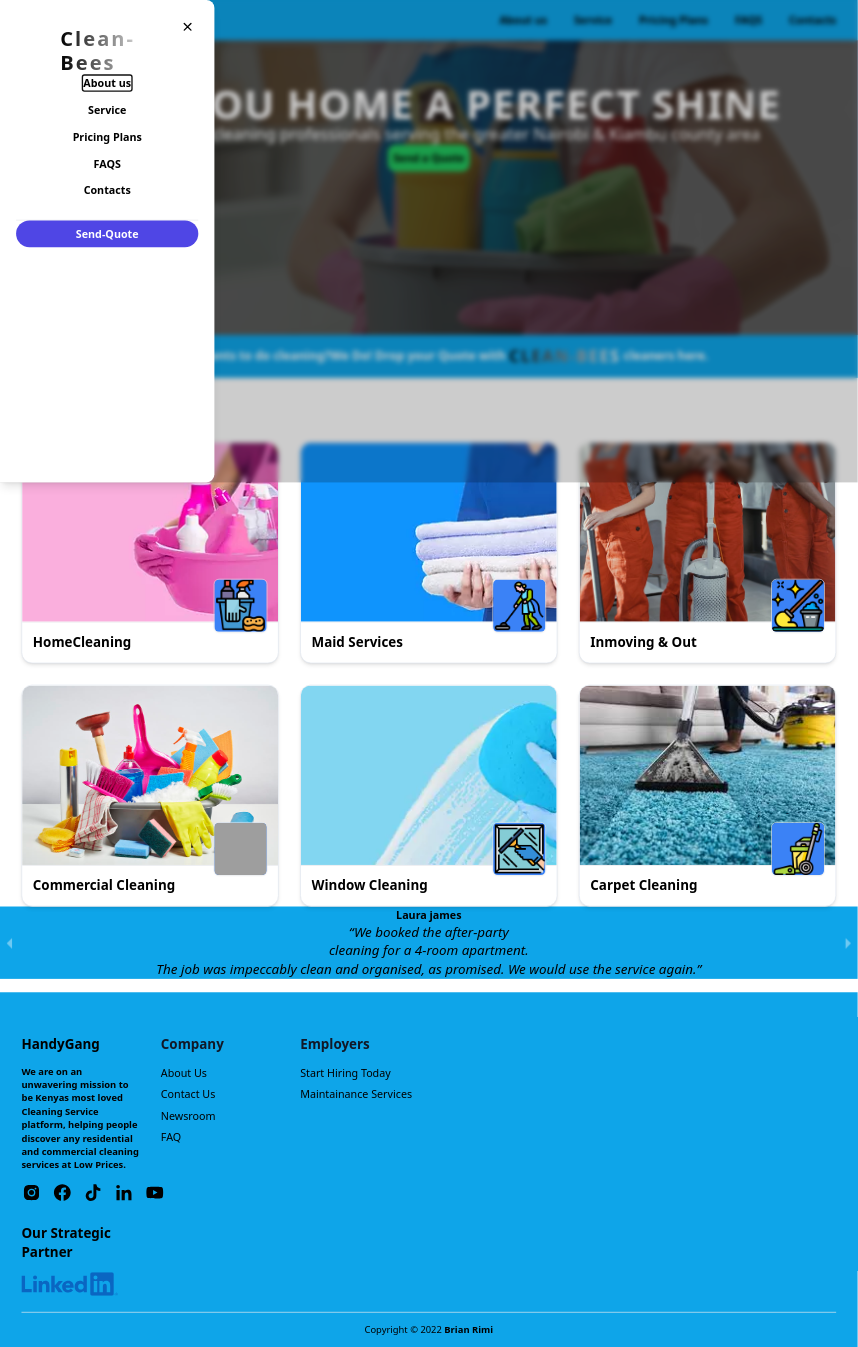
Repository: remydev47/cleanbees
Page: /
An editor plug-in stored every save of this project. The page is shown before and after the next save, followed by the edit.
The browser window is 1280 px wide. The pictures show the whole page, at 67% of full size.
Pictures or frames that could not be fetched are drawn as grey boxes. The project was rebuilt for these pictures with package versions that can differ from the ones it lists, and the page was loaded fresh each time. The framework's server and built-in components were replaced by stand-ins that run in the browser. Also part of the build but not shown: next.config.js.

Above is the page before, as saved 2022-09-19 12:40:13.

### pages/_app.tsx
import '../styles/globals.css'
import type { AppProps } from 'next/app'
import { Header } from '../components/Header'


function MyApp({ Component, pageProps }: AppProps) {
  return (
    <>
      <Header />
      <Component {...pageProps} />
    </>

    )
}

export default MyApp

### pages/index.tsx
import type { NextPage } from 'next'
import Head from 'next/head'
import Image from 'next/image'
import { Footer } from '../components/Footer';
import Hero from '../components/Hero'
import Services from '../components/Services';
import { Testmonial } from '../components/Testmonial';

const Home: NextPage = () => {
  return (
    <div className="">
      <Head>
        <title>CleanBees</title>
        <link rel="icon" href="/favicon.ico" />
      </Head>
      <Hero />
     <main className='mx-auto max-w-screen-xl px-6 sm:px-8'>
      <div className='mt-16 space-y-20'>
        <Services />

      </div>
     </main>
     <Testmonial />
    <Footer />
    </div>
  )
}

export default Home

### components/Header.tsx
import { navLinks } from "../constants"
import { MenuPopOver } from "./MenuPopover"
import Logo from "./Logo"
import Image from "next/image"
import { title } from "process"

export const Header = () => {
    return(
        <>
          <header className={styles.container}>
           <div className='flex grow-0 basis-1/3 md:hidden'>
             <MenuPopOver />
          </div>
          <div className='flex grow-0 basis-1/3 justify-center md:justify-start'>
            <Logo />
           </div>
           <ul className="list-none sm:flex hidden justify-end items-center flex-1">
            {navLinks.map((nav, index) => (
                <li
                key={nav.id}
                className={`font-poppins font-extrabold cursor-pointer text-[16px]
                  ${index === navLinks.length - 1 ? 'mr-0' : 'mr-10'}
                 text-black `}
                >
                    <a>{nav.title}</a>
                </li>
            ))}
           </ul>

          </header>
        </>
    )
}

const styles ={
    container:`sticky bg-[#0ea5e9] inset-x-0 top-0 z-20 flex items-center justify-between py-2 px-2 shadow-lg dark:bg-slate-900 sm:py-3 sm:px-8`
}

### components/Footer.tsx
import React from 'react'
import Link from 'next/link';

const footerNav = {
    Company: [
      {
        title: "About Us",
        href: "/#",
      },
      { title: "Contact Us", href: "/#" },
      { title: "Newsroom", href: "/#" },
      { title: "FAQ", href: "/#" },
    ],
    Employers: [
      {
        title: "Start Hiring Today",
        href: "/#",
      },
      { title: "Maintainance Services", href: "/#" },
    ],
  };

  const SocialLinks = [
    {
      title: "Instagram",
      link: "https://instagram.com/",
      Icon: <InstagramIcon height={30} width={30} />,
    },
    {
      title: "Facebook",
      link: "https://facebook.com/",
      Icon: <FacebookIcon height={30} width={30} />,
    },
    {
      title: "Tiktok",
      link: "https://tiktok.com/",
      Icon: <TiktokIcon height={30} width={30} />,
    },
    {
      title: "LinkedIn",
      link: "https://linkedin.com/",
      Icon: <LinkedInIcon height={30} width={30} />,
    },
    {
      title: "Youtube",
      link: "https://youtube.com/",
      Icon: <YoutubeIcon height={30} width={30} />,
    },
  ];


  export const Footer = () => {
    return (
      <footer className="mt-5 bg-[#0ea5e9] dark:bg-slate-900">
        <div className="mx-auto max-w-screen-xl px-6 pt-16 sm:px-8">
          <div className="grid grid-cols-1 gap-y-6 gap-x-6 md:!grid-cols-6 md:gap-8 xs:grid-cols-2">
            <div className="mb-4  flex flex-col xs:col-span-2">
              <span className="text-xl font-bold capitalize">HandyGang</span>
              <p className="mt-4 max-w-screen-xs text-sm font-semibold">
                We are on an unwavering mission to be Kenyas most loved Cleaning Service
                platform, helping people discover any residential and commercial cleaning services at Low Prices.
              </p>
              <ul
                id="social-media-links"
                className="mt-4 flex items-center space-x-4"
              >
                {SocialLinks.map((item) => (
                  <li key={item.title}>
                    <a
                      href={item.link}
                      aria-label={`${item.title} profile`}
                      className="transition-all duration-150 hover:fill-indigo-800 dark:fill-white dark:hover:fill-indigo-800"
                    >
                      {item.Icon}
                    </a>
                  </li>
                ))}
              </ul>

              <span className="mt-8 text-xl font-bold capitalize">
                our strategic partner
              </span>

              <a
                href="https://www.linkedin.com/"
                rel="noreferrer"
                target="_blank"
                className="mt-4 max-w-min"
              >
                <LinkedInFullIcon height={35} />
              </a>
            </div>

            {Object.entries(footerNav).map(([title, items]) => {
              return (
                <div key={title}>
                  <h2 className="text-xl font-semibold text-gray-900 dark:text-gray-100">
                    {title}
                  </h2>
                  <ul className="mt-4 space-y-2">
                    {items.map((item) => (
                      <li key={item.title}>
                        <Link href={item.href}>
                          <a className="transition-all duration-150 hover:text-indigo-800 hover:underline dark:text-gray-300 dark:hover:text-white">
                            {item.title}
                          </a>
                        </Link>
                      </li>
                    ))}
                  </ul>
                </div>
              );
            })}


         </div>
          <div
            id="footer-copyright"
            className="mt-2 border-t border-slate-200 py-4 dark:border-slate-600"
          >
            <p className="text-center text-sm dark:text-gray-300">
              Copyright © 2022{" "}
              <a
                href="https://github.com/miadv"
                className="font-semibold hover:text-indigo-800 hover:underline dark:hover:text-white"
              >
                Brian Rimi
              </a>
            </p>
          </div>
        </div>
      </footer>
    );
  };

  function LinkedInFullIcon(props: React.SVGProps<SVGSVGElement>) {
    const { height, width, ...otherProps } = props;
    return (
      <svg viewBox="0 0 270 65" height={height} width={width} {...otherProps}>
        <path
          fill="#0a66c2"
          d="M263.744 61.1094a1.2 1.2 0 001.21-1.269c0-.9-.543-1.33-1.657-1.33h-1.8v4.712h.677v-2.054h.832l.019.025 1.291 2.029h.724l-1.389-2.1zm-.783-.472h-.785v-1.593h.995c.514 0 1.1.084 1.1.757 0 .774-.593.836-1.314.836M0 9.5874h9.993v36.4h18.5v9.222H0zm32.911 14.689h9.6v30.916h-9.6zm4.8-15.37a5.569 5.569 0 11-5.57 5.569 5.569 5.569 0 015.57-5.569m44.958.674h9.6v27.265l10.88-12.583h11.77l-12.6 14.313 12.335 16.63h-12.066l-10.191-15.282h-.126v15.28h-9.6zm-34.835 14.699h9.219v4.225h.131a10.085 10.085 0 019.09-4.994c9.735 0 11.527 6.405 11.527 14.726v16.954h-9.6v-15.031c0-3.588-.066-8.2-5-8.2-4.99 0-5.76 3.907-5.76 7.939v15.288h-9.6z"
        />
        <path
          fill="#0a66c2"
          d="M135.136 36.1384a5.756 5.756 0 00-5.894-5.89 6.406 6.406 0 00-6.784 5.89zm8.132 13.7a16.909 16.909 0 01-13.128 6.151c-9.6 0-17.286-6.408-17.286-16.331 0-9.923 7.685-16.328 17.286-16.328 8.973 0 14.6 6.4 14.6 16.328v3.01h-22.282a7.171 7.171 0 007.235 6.019 8.193 8.193 0 006.851-3.778zm21.482-18.089c-4.8 0-7.68 3.205-7.68 7.875s2.879 7.878 7.68 7.878 7.687-3.2 7.687-7.878-2.881-7.875-7.687-7.875m16.525 23.437h-8.838v-4.1h-.131a12.071 12.071 0 01-9.544 4.868c-9.224 0-15.3-6.657-15.3-16.071 0-8.646 5.377-16.585 14.216-16.585 3.973 0 7.684 1.087 9.861 4.1h.126V9.5774h9.609zm64.809.018h-9.6v-15.034c0-3.585-.064-8.2-4.993-8.2-5 0-5.765 3.906-5.765 7.939v15.294h-9.6v-30.916h9.216v4.225h.129a10.1 10.1 0 019.093-4.994c9.73 0 11.524 6.4 11.524 14.726zm-40.79-35.143a5.571 5.571 0 115.57-5.572 5.571 5.571 0 01-5.57 5.572m4.8 35.143h-9.61v-30.917h9.61zm40.776-55.2h-55.21a4.728 4.728 0 00-4.781 4.67v55.439a4.731 4.731 0 004.781 4.675h55.21a4.741 4.741 0 004.8-4.675V4.6704a4.738 4.738 0 00-4.8-4.67m12.173 56.411a4.418 4.418 0 10.085 0h-.085m0 8.33a3.874 3.874 0 113.809-3.938v.065a3.791 3.791 0 01-3.708 3.871h-.1"
        />
      </svg>
    );
  }

  function FacebookIcon(props: React.SVGProps<SVGSVGElement>) {
    const { height, width, ...otherProps } = props;

    return (
      <svg viewBox="0 0 24 24" height={height} width={width} {...otherProps}>
        <path d="M12.001 2.002c-5.522 0-9.999 4.477-9.999 9.999 0 4.99 3.656 9.126 8.437 9.879v-6.988h-2.54v-2.891h2.54V9.798c0-2.508 1.493-3.891 3.776-3.891 1.094 0 2.24.195 2.24.195v2.459h-1.264c-1.24 0-1.628.772-1.628 1.563v1.875h2.771l-.443 2.891h-2.328v6.988C18.344 21.129 22 16.992 22 12.001c0-5.522-4.477-9.999-9.999-9.999z"></path>
      </svg>
    );
  }
  function InstagramIcon(props: React.SVGProps<SVGSVGElement>) {
    const { height, width, ...otherProps } = props;

    return (
      <svg viewBox="0 0 24 24" height={height} width={width} {...otherProps}>
        <path d="M20.947 8.305a6.53 6.53 0 0 0-.419-2.216 4.61 4.61 0 0 0-2.633-2.633 6.606 6.606 0 0 0-2.186-.42c-.962-.043-1.267-.055-3.709-.055s-2.755 0-3.71.055a6.606 6.606 0 0 0-2.185.42 4.607 4.607 0 0 0-2.633 2.633 6.554 6.554 0 0 0-.419 2.185c-.043.963-.056 1.268-.056 3.71s0 2.754.056 3.71c.015.748.156 1.486.419 2.187a4.61 4.61 0 0 0 2.634 2.632 6.584 6.584 0 0 0 2.185.45c.963.043 1.268.056 3.71.056s2.755 0 3.71-.056a6.59 6.59 0 0 0 2.186-.419 4.615 4.615 0 0 0 2.633-2.633c.263-.7.404-1.438.419-2.187.043-.962.056-1.267.056-3.71-.002-2.442-.002-2.752-.058-3.709zm-8.953 8.297c-2.554 0-4.623-2.069-4.623-4.623s2.069-4.623 4.623-4.623a4.623 4.623 0 0 1 0 9.246zm4.807-8.339a1.077 1.077 0 0 1-1.078-1.078 1.077 1.077 0 1 1 2.155 0c0 .596-.482 1.078-1.077 1.078z"></path>
        <circle cx="11.994" cy="11.979" r="3.003"></circle>
      </svg>
    );
  }
  function TiktokIcon(props: React.SVGProps<SVGSVGElement>) {
    const { height, width, ...otherProps } = props;

    return (
      <svg viewBox="0 0 24 24" height={height} width={width} {...otherProps}>
        <path d="M19.59 6.69a4.83 4.83 0 0 1-3.77-4.25V2h-3.45v13.67a2.89 2.89 0 0 1-5.2 1.74 2.89 2.89 0 0 1 2.31-4.64 2.93 2.93 0 0 1 .88.13V9.4a6.84 6.84 0 0 0-1-.05A6.33 6.33 0 0 0 5 20.1a6.34 6.34 0 0 0 10.86-4.43v-7a8.16 8.16 0 0 0 4.77 1.52v-3.4a4.85 4.85 0 0 1-1-.1z"></path>
      </svg>
    );
  }
  function LinkedInIcon(props: React.SVGProps<SVGSVGElement>) {
    const { height, width, ...otherProps } = props;

    return (
      <svg viewBox="0 0 24 24" height={height} width={width} {...otherProps}>
        <circle cx="4.983" cy="5.009" r="2.188"></circle>
        <path d="M9.237 8.855v12.139h3.769v-6.003c0-1.584.298-3.118 2.262-3.118 1.937 0 1.961 1.811 1.961 3.218v5.904H21v-6.657c0-3.27-.704-5.783-4.526-5.783-1.835 0-3.065 1.007-3.568 1.96h-.051v-1.66H9.237zm-6.142 0H6.87v12.139H3.095z"></path>
      </svg>
    );
  }
  function YoutubeIcon(props: React.SVGProps<SVGSVGElement>) {
    const { height, width, ...otherProps } = props;

    return (
      <svg viewBox="0 0 24 24" height={height} width={width} {...otherProps}>
        <path d="M21.593 7.203a2.506 2.506 0 0 0-1.762-1.766C18.265 5.007 12 5 12 5s-6.264-.007-7.831.404a2.56 2.56 0 0 0-1.766 1.778c-.413 1.566-.417 4.814-.417 4.814s-.004 3.264.406 4.814c.23.857.905 1.534 1.763 1.765 1.582.43 7.83.437 7.83.437s6.265.007 7.831-.403a2.515 2.515 0 0 0 1.767-1.763c.414-1.565.417-4.812.417-4.812s.02-3.265-.407-4.831zM9.996 15.005l.005-6 5.207 3.005-5.212 2.995z"></path>
      </svg>
    );
  }

### components/Hero.tsx
import React from 'react'
import Image from 'next/image'



const Hero = () => {
  return (
    <>
      <section className='relative h-[640px] w-full  bg-blue-500 sm:h-[55vh] md:h-[440px]'>
         <Image
           src='/img/pixel-cleaner2.jpg'
           layout='fill'
           objectFit='cover'
         />

        <div className="absolute inset-0 bg-neutral-900/70">
        <div className='mx-4 mt-16 flex flex-col items-center text-center '>
                <h1 className={styles.innerbanner}>
                    Give you Home a Perfect Shine
                </h1>
                <span className='text-xl text-white sm:text-2xl'>
                    Reliable house cleaning professionals serving the greater Nairobi & Kiambu county area
                </span>
                <button className='bg-green-500 text-black font-semibold p-2 rounded-xl'>
                    Send a Quote
                </button>
              </div>
        </div>
      </section>
      <HeroBottomCard />
   </>
  )
}

function HeroBottomCard() {
    return (
      <div className="bg-[#0ea5e9] p-4">
        <span className="block text-center text-lg text-white font-semibold">
          Nobody wants to do cleaning?We Do! Drop your  Quote with{" "}
          <span className="bg-gradient-to-r from-black to-[#fff] bg-clip-text align-middle text-2xl font-black tracking-widest text-transparent">
            CLEAN-BEES
          </span>{" "}
          cleaners here.
        </span>
      </div>
    );
  }

export default Hero;
const styles ={

    innerbanner:`text-3xl font-extrabold uppercase tracking-wide text-white sm:text-4xl md:text-5xl lg:text-6xl`,
}

### components/Services.tsx
import React from 'react';
import Image from 'next/image'
import Link from 'next/link';

const serviceItems =[
    {
        name:"HomeCleaning",
        description:"",
        image:'/img/cleaning3.webp',
        logo:"/img/homecleaning.png"
    },
    {
        name:"Maid Services",
        description:"",
        image:'/img/maid2.webp',
        logo:"/img/maid.png"
    },
    {
        name:"Inmoving & Out",
        description:"",
        image:'/img/pexels-cleaner.jpeg',
        logo:"/img/inmoving.png"
    },
    {
        name:"Commercial Cleaning",
        description:"",
        image:'/img/pixelcleaner3.jpg',
        logo:"/img/officecleaning.png"
    },
    {
        name:"Window Cleaning",
        description:"",
        image:'/img/cleaning4.webp',
        logo:"/img/window.png"
    },
    {
        name:"Carpet Cleaning",
        description:"",
        image:'/img/cleancarpet.jpg',
        logo:"/img/carpet.png"
    },
]

const Services = () => {
  return (
    <section id='service-items'>
        <div>
            <h2 className="text-2xl font-semibold"> Our Services </h2>
        </div>

        <div id="top-companies__items" className="grid grid-cols-1 gap-8 sm:grid-cols-2 lg:grid-cols-3">
              {serviceItems.map((item, i) => (
                 <Link href="/#" key={i}>
                  <a className="group block overflow-hidden rounded-2xl border border-slate-200 bg-white shadow-md transition-all duration-150 hover:-translate-y-1 hover:shadow-lg dark:border-slate-800 dark:bg-slate-700">
                    <div className="relative block overflow-hidden  pt-[70%]">
                     <Image
                       src={item.image}
                       alt={item.name}
                       layout="fill"
                       objectFit="cover"
                       className="transition-all duration-200 group-hover:scale-[102%]"
                      />
                    </div>
                    <div className="relative flex flex-col border-t p-4 dark:border-slate-600">
                <span className="absolute right-4 -top-[65px] block h-[80px] w-[80px] overflow-hidden rounded-lg border shadow-sm dark:border-slate-600">
                  <div className="relative block overflow-hidden  bg-blue-500 pt-[100%]">
                    <Image
                      src={item.logo}
                      alt={item.name}
                      layout="fill"
                      objectFit="cover"
                    />
                  </div>
                </span>

                <h5 className="block truncate text-xl font-semibold capitalize">
                  {item.name}
                </h5>
                <span className="block truncate text-slate-500 dark:text-slate-400">
                  {item.description}
                </span>
              </div>
                 </a>
                 </Link>
              ))}
            </div>

    </section>
  )
}

export default Services

### components/Testmonial.tsx
import React from 'react'
import "react-responsive-carousel/lib/styles/carousel.min.css"; // requires a loader
import { Carousel } from 'react-responsive-carousel';

export const Testmonial = () => {
  return (
    <section className={styles.container}>
      <Carousel
        autoPlay
        infiniteLoop
        showStatus={false}
        showIndicators={false}
        showThumbs={false}
        interval={3000}
      >
       <div>
        <h1 className={styles.headername}>Mat & Tina</h1>
        <p className='italic text-xl'>“Although it took a while to explain what we wanted when we were booking the final result was great. <br/> The guys who cleaned the apartment were awesome! <br/> Highly recommended after party cleaning service!”</p>
       </div>
       <div>
        <h1 className={styles.headername}>Laura james</h1>
        <p className='italic text-xl'>“We booked the after-party  <br/> cleaning for a 4-room apartment. <br/> The job was impeccably clean and organised, as promised. We would use the service again.”</p>
       </div>
       <div>
        <h1 className={styles.headername}>Krak Fraco</h1>
        <p className='italic text-xl'>“Cheap price and excellent service. <br/> We booked the after party cleaning for our home <br/> and garden and the crew did an amazing job putting everything back to normal.”</p>
       </div>
      </Carousel>
    </section>
  )
}



const styles = {
  container:`bg-[#0ea5e9]`,
  headername:`font-bold `
}

### constants/index.ts

export const navLinks =[
    {
     id:"aboutus",
     title:"About us"
    },
    {
        id:"services",
        title:"Service"
    },
    {
        id:"pricingplans",
        title:"Pricing Plans"
    },
    {
        id:"faqs",
        title:"FAQS"
    },
    {
        id:"contacts",
        title:"Contacts"
    },
]

### components/MenuPopover.tsx
import React, { useState, Fragment } from 'react'
import { IconButton } from './Button'
import { Transition, Dialog }  from '@headlessui/react';
import Link from 'next/link';
import Logo from './Logo';
import { Button } from './Button';
//import { ThemeSelect } from './ThemeToogle';
import { navLinks } from '../constants';

export const MenuPopOver = () => {
    const [isOpen, setIsOpen] = useState(true)

    return(
      <div>
        <IconButton
          variant='ghost'
          aria-label='menu'
          onClick={() => setIsOpen(!isOpen)}
        >
          <svg className='h-6 w-6 ' fill='none' stroke='currentColor'>
            <path
              strokeLinecap='round'
              strokeLinejoin='round'
              strokeWidth={2}
              d='M4 6h16M4 12h16M4 18h16'
            />
          </svg>
        </IconButton>
        <Transition
          show={isOpen}
          appear
          as={Fragment}
          enter='transform transition ease-in-out duration-300'
          enterFrom='-translate-x-full'
          enterTo='translate-x-0'
          leave='transform transition ease-in-out duration-300 delay-200'
          leaveFrom='translate-x-0'
          leaveTo='-translate-x-full'
        >
         <Dialog
           as='div'
           className={`fixed inset-0 z-50`}
           onClose={setIsOpen}
           open={isOpen}
           >
           <Transition.Child
             as={Fragment}
             enter='ease-out duration-300 delay-300'
             enterFrom='opacity-0'
             enterTo='opacity-100'
             leave='ease-in duration-200'
             leaveFrom='opacity-100'
             leaveTo='opacity-0'
           >

            <Dialog.Overlay
              className={`fixed inset-0 bg-black/20 backdrop-blur-sm dark:bg-gray-900/80`}
             />
          </Transition.Child>
           <div className={styles.dialogcontainer}>
            <a className='mx-auto mt-4 flex w-[140px] '>
              <Logo />
            </a>
            <ul
                className={styles.navWrapper2}
             >
                {navLinks.map((nav, index) => (
                    <li
                     key={nav.id}
                     className={`font-poppins font-bold cursor-pointer text-[16px]
                      ${index === navLinks.length - 1 ? 'mr-0' : 'mb-4'}
                      text-black `}
                    >
                     <a href={`#${nav.id}`}>
                        {nav.title}
                     </a>
                    </li>
                 ))}
             </ul>
            {/* <div className='mt-0 border-t border-gray-200 pt-6 dark:border-gray-200/10'>

            </div> */}
            <ul className='mt-8 space-y-3 border-t border-gray-200 dark:border-gray-200/10'>
              <li>
               <Button fullWidth>
                   Send-Quote
               </Button>
              </li>

            </ul>
            <IconButton
              variant='ghost'
              aria-label='close menu'
              className='absolute top-5 right-5'
              onClick={() => setIsOpen(false)}
            >
              <svg
                viewBox='0 0 10 10'
                className='h-2.5 w-2.5 overflow-visible'
                aria-hidden='true'
              >
                <path
                    d='M0 0L10 10M10 0L0 10'
                    fill='none'
                    stroke='currentColor'
                    strokeWidth='2'
                    strokeLinecap='round'
                  />
              </svg>
            </IconButton>
           </div>
         </Dialog>
        </Transition>
      </div>
    )
  }

const styles ={
    dialogcontainer:`fixed top-0 bottom-0 left-0 w-full max-w-xs rounded-r-xl bg-white p-6 shadow-lg dark:bg-gray-800`,
    menuitems:`group relative flex h-9 items-center oveflow-hidden rounded-md hover:bg-slate-200/50`,
    navWrapper2:`list-none flex flex-col justify-end items-center flex-1`,
}

### components/Logo.tsx
import React from 'react';


const Logo  = () => {
  return (
    <span className={`bg-gradient-to-r from-black to-[#fff] bg-clip-text align-middle text-3xl font-black tracking-widest text-transparent hover:text-green-400`}>
        Clean-Bees
    </span>
  )
}

export default Logo;

Loaded but not shown: styles/globals.css (common file); tailwind.config.js (common file); components/Button/index.tsx (185 lines, source omitted)

After the next save:
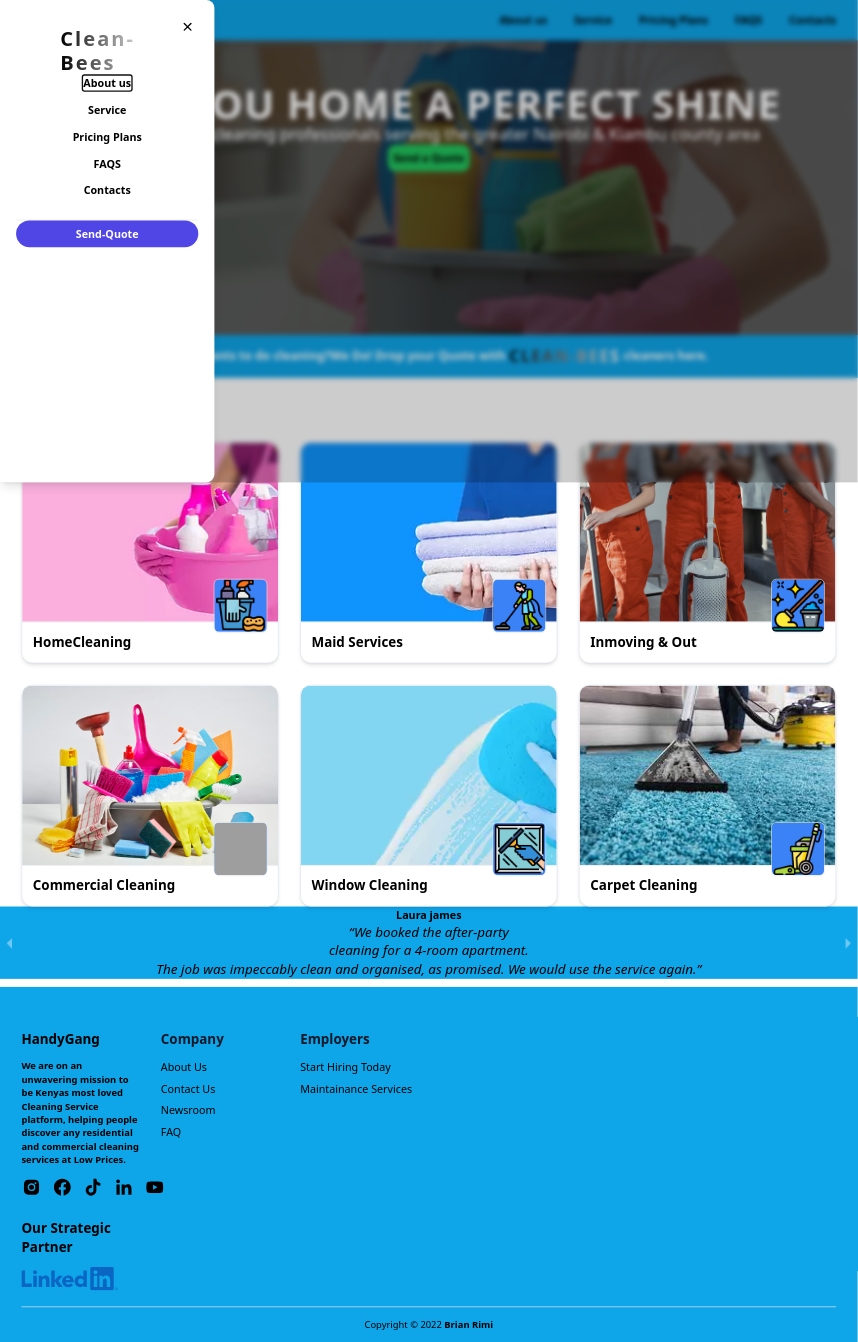
Saved 16 s later.
--- a/components/Footer.tsx
+++ b/components/Footer.tsx
@@ -51,7 +51,7 @@ const footerNav = {
 
   export const Footer = () => {
     return (
-      <footer className="mt-5 bg-[#0ea5e9] dark:bg-slate-900">
+      <footer className="mt-3 bg-[#0ea5e9] dark:bg-slate-900">
         <div className="mx-auto max-w-screen-xl px-6 pt-16 sm:px-8">
           <div className="grid grid-cols-1 gap-y-6 gap-x-6 md:!grid-cols-6 md:gap-8 xs:grid-cols-2">
             <div className="mb-4  flex flex-col xs:col-span-2">
